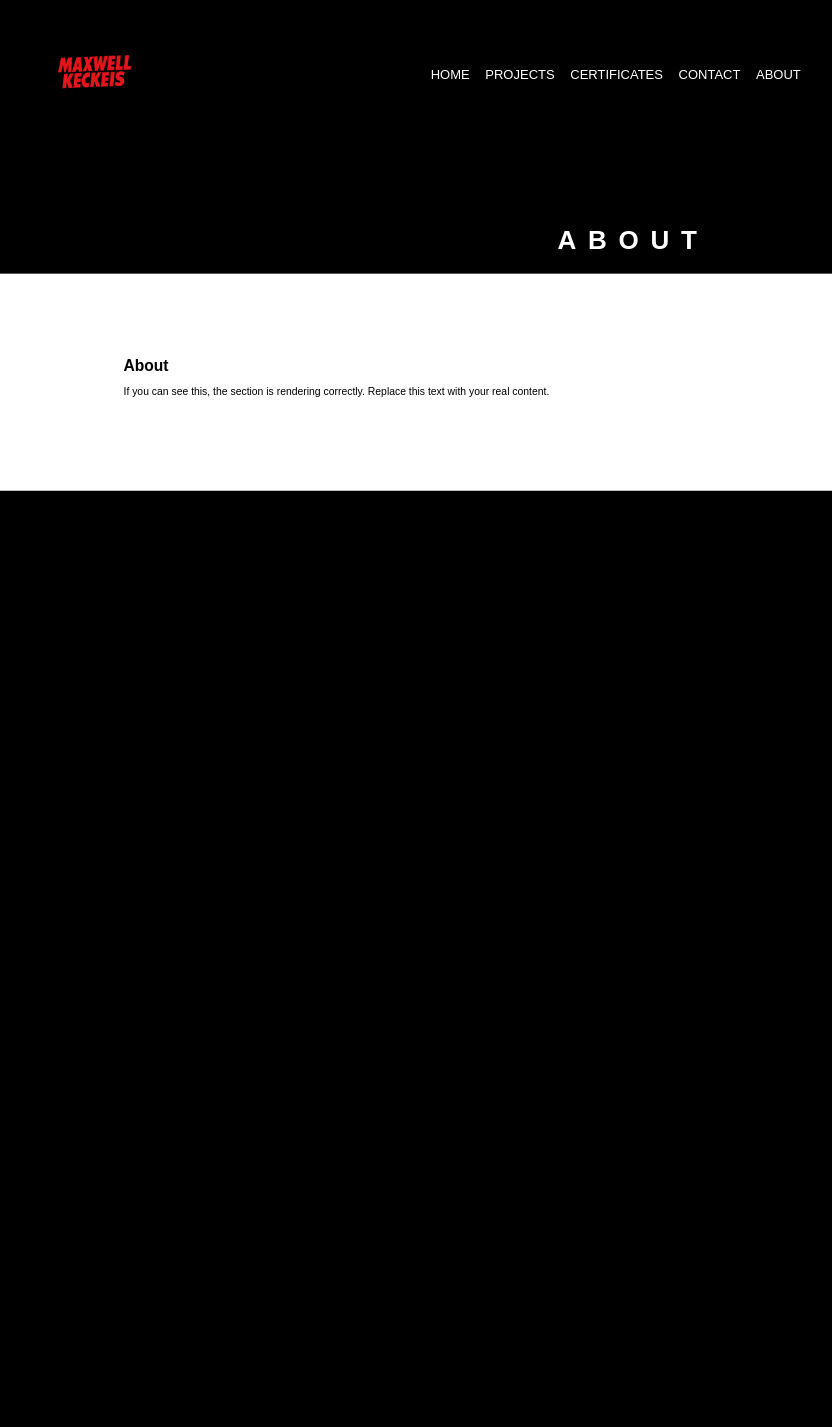
Repository: Maxwell-Keckeis/Maxwell-Keckeis.github.io
Page: about.html
The author's editor kept a copy of each file at every save. The page is drawn from the files as they stood at one save, then again after the next save.
The browser window is 1280 px wide. The pictures show the whole page, at 65% of full size.
Some web fonts or font styles are not loaded; a fallback is used.

Above is the page before, as saved 2026-02-06 16:27:21.

### about.html
<!DOCTYPE html>
<html lang="en">
<head>
    <meta charset="UTF-8">
      <meta name="viewport" content="width=device-width, initial-scale=1.0">
      <title>MEK</title>

      <link rel="preconnect" href="https://fonts.googleapis.com">
      <link rel="preconnect" href="https://fonts.gstatic.com" crossorigin>
      <link href="https://fonts.googleapis.com/css2?family=Anton+SC&display=swap" rel="stylesheet">

      <link rel="stylesheet" href="css/styles.css">
</head>
    <body>
        <header>
            <div class="header-inner">

                <a href="./index.html">
                    <img src="./assets/images/max_logo.png" alt="logo for max" width="200" height="200">
                </a>

                <nav>
                    <a href="./index.html">HOME</a>
                    <a href="./projects.html">PROJECTS</a>
                    <a href="./certificates.html">CERTIFICATES</a>
                    <a href="./contact.html">CONTACT</a>
                    <a href="./about.html">ABOUT</a>
                </nav>
            </div>
        </header>

        <section class="title-band title-band--right">
            <div class="title-band__inner">
                <h1 class="title-band__title">ABOUT</h1>
            </div>
        </section>

        <section class="about-section">
            <div class="about-content">
                <h1>About</h1>
                    <p>
                        If you can see this, the section is rendering correctly. Replace this text with your real content.
                    </p>
            </div>
        </section>
        <main>

        </main>
    </body>
</html>

### css/styles.css


.anton-sc-regular {
    font-family: "Anton SC", sans-serif;
    font-weight: 400;
    font-style: normal;
}

body {
    background-color: black;
    margin: 0;
}
header {
    display: flex;
    align-items: center;
    gap: 20px;
    padding: 48px;
    background-color: rgba(0, 0, 0, 0.55);
    backdrop-filter: blur(6px);
    -webkit-backdrop-filter: blur(6px);
    position: sticky;
    top: 0;
    z-index: 1000;
}

.header-inner {
    max-width: 1200px;
    margin: 0 auto;
    display: flex;
    align-items: center;
    width: 100%;
}

h1 {
    margin: 0;
}

nav {
    margin-left: auto;
}

nav a {
    font-family: 'Anton SC', sans-serif;
    font-size: 20px;
    color: white;
    text-decoration: none;
    margin-left: 20px;
    position: relative;
}

nav a::after {
    content: "";
    position: absolute;
    left: 0;
    bottom: -10px;
    width: 100%;
    height: 2px;
    background-color: red;
    opacity: 0;
}
nav a:hover::after {
    opacity: 1;
}

main {
    height: 200vh;
    padding: 0 1rem;
    box-sizing: border-box;
    max-width: 800px;
    margin: 0 auto;
    font-family: 'Anton SC', sans-serif;
    font-size: 15px;
    color: white;
}

img {
    max-width: 100%;
    height: auto;
    display: block;
}

.project-card {
  position: relative;
  display: inline-block;
  width: 350px;
  height: 500px;
  overflow: hidden;
  text-decoration: none;
  background: black; /* fallback when image fades */
}

.project-card img {
  width: 100%;
  height: 100%;
  object-fit: cover;
  display: block;
  transition: opacity 300ms ease;
}

/* overlay container */
.project-card .overlay {
  position: absolute;
  inset: 0; /* shorthand for top/left/right/bottom: 0 */

  display: flex;
  flex-direction: column;
  justify-content: center;
  align-items: center;

  color: white;
  text-align: center;

  opacity: 0;
  transform: translateY(30px);
  transition: opacity 300ms ease, transform 300ms ease;
}

/* hover behavior */
.project-card:hover img {
  opacity: 0;
}

.project-card:hover .overlay {
  opacity: 1;
  transform: translateY(0);
}

/* FULL-WIDTH WHITE BACKGROUND */
.about-section {
  font-family: "Anton SC", sans-serif;
  background: white;
  width: 100%;
  padding: 80px 0;   /* vertical spacing only */
}

/* CENTERED CONTENT BLOCK */
.about-content {
  color: black;
  max-width: 900px;
  margin: 0 auto;    /* centers content */
  padding: 48px;
}

/* MOBILE */
@media (max-width: 600px) {
  .about-section {
    padding: 40px 0;
  }

  .about-content {
    padding: 24px 16px;
  }
}
:root{
  --title-band-gap: 120px;   /* tweak this until it feels like ~150% */
  --content-max: 900px;      /* match your about-content width */
}

/* reusable band */
.title-band{
  background: black;
  width: 100%;
  padding-top: var(--title-band-gap);
  padding-bottom: 32px;
}

.title-band__inner{
  max-width: var(--content-max);
  margin: 0 auto;
  padding: 0 16px;
  display: flex;
}

.title-band--right  .title-band__inner{ justify-content: flex-end; }
.title-band--center .title-band__inner{ justify-content: center; }
.title-band--left   .title-band__inner{ justify-content: flex-start; }

.title-band__title{
  font-family: "Anton SC", sans-serif;
  color: white;
  margin: 0;
  line-height: 1;
  font-size: 40px;
  letter-spacing: 0.45em;
  text-transform: uppercase;
}

After the next save:
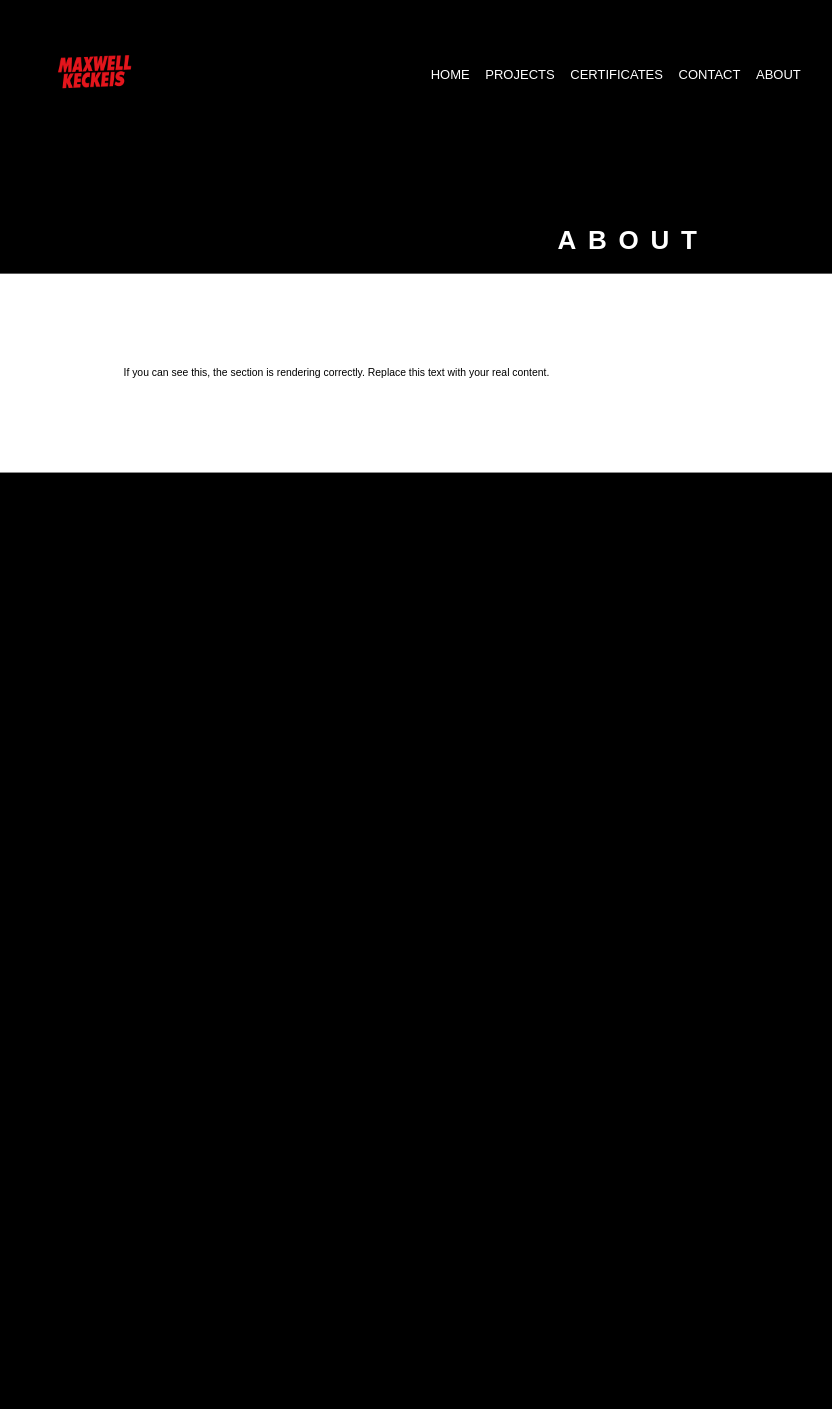
Saved 67 s later.
--- a/about.html
+++ b/about.html
@@ -37,7 +37,6 @@
 
         <section class="about-section">
             <div class="about-content">
-                <h1>About</h1>
                     <p>
                         If you can see this, the section is rendering correctly. Replace this text with your real content.
                     </p>
